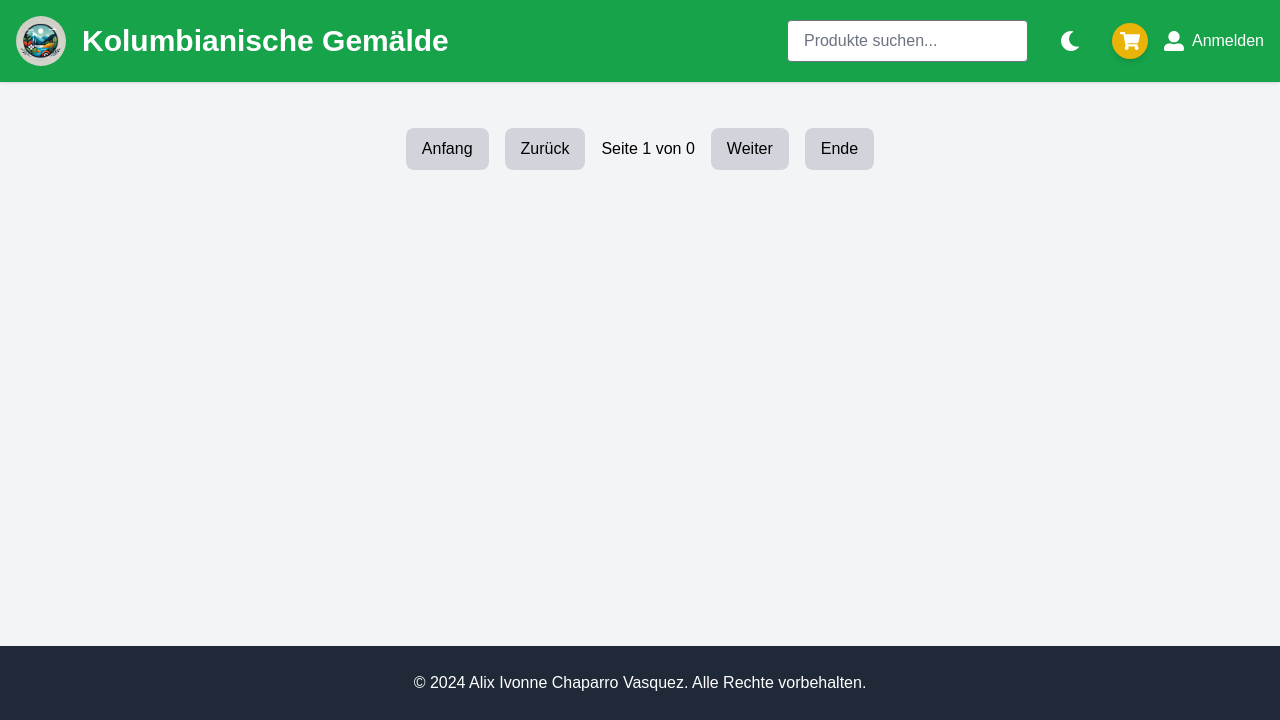
Repository: alixchaparrov/bilder-shop
Page: /
The author's editor kept a copy of each file at every save. The page is drawn from the files as they stood at one save, then again after the next save.
The browser window is 1280 px wide. The pictures show the whole page.
The page's requests for data from a server got no answer. The project was rebuilt for these pictures with package versions that can differ from the ones it lists, and the page was loaded fresh each time. The framework's server and built-in components were replaced by stand-ins that run in the browser. No one was signed in, and anything a server would have sent is missing. Also part of the build but not shown: next.config.ts, src/app/components/ProductCard.tsx.

Above is the page before, as saved 2024-12-27 19:08:44.

### src/app/layout.tsx
"use client";

import "./globals.css";
import { Geist, Geist_Mono } from "next/font/google";

const geistSans = Geist({
  variable: "--font-geist-sans",
  subsets: ["latin"],
});

const geistMono = Geist_Mono({
  variable: "--font-geist-mono",
  subsets: ["latin"],
});

export default function RootLayout({
  children,
}: {
  children: React.ReactNode;
}) {
  return (
    <html lang="de">
      <head>
        <title>Kolumbianische Gemälde</title>
        <meta
          name="description"
          content="Galerie von kolumbianischen Landschaftsgemälden. Entdecken Sie die Schönheit Kolumbiens durch unsere einzigartigen Kunstwerke."
        />
        <meta
          name="keywords"
          content="Kolumbianische Kunst, Landschaftsgemälde, Gemälde kaufen"
        />
        <link rel="icon" href="/favicon.ico" />
      </head>
      <body className={`${geistSans.variable} ${geistMono.variable} antialiased`}>
        {children}
      </body>
    </html>
  );
}

### src/app/page.tsx
"use client";

import { useState, useEffect } from "react";
import client from "@/lib/sanity";
import ProductCard from "@/app/components/ProductCard";
import Image from "next/image";
import { useCartStore } from "@/store/cartStore";
import { FaMinus, FaPlus, FaTrash, FaShoppingCart, FaMoon, FaSun, FaUserAlt, FaGoogle } from "react-icons/fa";
import { signInWithPopup, GoogleAuthProvider } from "firebase/auth";
import { auth } from "@/lib/firebaseConfig"; // Asegúrate de que auth esté exportado de firebaseConfig
import AuthComponent from "@/app/components/AuthComponent"; // Asegúrate de que el componente AuthComponent esté correctamente importado

export default function Home() {
  const [products, setProducts] = useState([]);
  const { cart, addToCart, removeFromCart, clearCart, removeOneFromCart } =
    useCartStore();
  const [searchQuery, setSearchQuery] = useState("");
  const [darkMode, setDarkMode] = useState(false);
  const [showCart, setShowCart] = useState(false);
  const [currentPage, setCurrentPage] = useState(1);
  const itemsPerPage = 6;

  const [showModal, setShowModal] = useState(false); // Estado para el modal de autenticación

  useEffect(() => {
    const fetchProducts = async () => {
      try {
        const fetchedProducts = await client.fetch(`*[_type == "product"]`);
        setProducts(fetchedProducts);
      } catch (err) {
        console.error("Error al cargar productos:", err);
      }
    };

    fetchProducts();
  }, []);

  const filteredProducts = products.filter((product) =>
    product.name.toLowerCase().includes(searchQuery.toLowerCase())
  );

  const totalPages = Math.ceil(filteredProducts.length / itemsPerPage);
  const paginatedProducts = filteredProducts.slice(
    (currentPage - 1) * itemsPerPage,
    currentPage * itemsPerPage
  );

  const getTotalPrice = () => {
    return cart.reduce((total, item) => total + item.price * item.quantity, 0);
  };

  // Función para iniciar sesión con Google
  const handleGoogleLogin = async () => {
    const provider = new GoogleAuthProvider();
    try {
      await signInWithPopup(auth, provider);
      alert("Inicio de sesión con Google exitoso");
      setShowModal(false);  // Cierra el modal después del login
    } catch (error) {
      console.error("Error al iniciar sesión con Google", error.message);
    }
  };

  return (
    <div
      className={`min-h-screen flex flex-col ${darkMode ? "bg-gray-900 text-white" : "bg-gray-100 text-black"}`}
    >
      {/* Barra de navegación */}
      <nav className="p-4 fixed top-0 w-full shadow bg-green-600 text-white z-10">
        <div className="max-w-7xl mx-auto flex justify-between items-center">
          <div className="flex items-center space-x-4">
            <Image
              src="/images/logo.png"
              alt="Kolumbianische Gemälde Logo"
              width={50}
              height={50}
              className="rounded-full"
            />
            <h1 className="text-3xl font-bold">Kolumbianische Gemälde</h1>
          </div>
          <div className="flex items-center space-x-4">
            <input
              type="text"
              placeholder="Produkte suchen..."
              className="px-4 py-2 rounded-lg text-black"
              value={searchQuery}
              onChange={(e) => setSearchQuery(e.target.value)}
            />
            <button
              className="px-4 py-2 rounded-lg"
              onClick={() => setDarkMode(!darkMode)}
            >
              {darkMode ? <FaSun size={20} /> : <FaMoon size={20} />}
            </button>
            <button
              className="cart-button flex items-center space-x-2 text-white"
              onClick={() => setShowCart(!showCart)}
            >
              <FaShoppingCart size={20} />
              {cart.length > 0 && (
                <span className="cart-counter">
                  {cart.reduce((total, item) => total + item.quantity, 0)}
                </span>
              )}
            </button>
            {/* Botón de login */}
            <button
              className="text-white flex items-center"
              onClick={() => setShowModal(true)}  // Abre el modal
            >
              <FaUserAlt size={20} className="mr-2" /> Anmelden
            </button>
          </div>
        </div>
      </nav>

      {/* Modal de autenticación */}
      {showModal && (
        <div
          className="fixed inset-0 bg-gray-500 bg-opacity-75 flex justify-center items-center z-50"
          onClick={() => setShowModal(false)} // Cierra el modal cuando se hace clic fuera de él
        >
          <div
            className="bg-white p-8 rounded-xl shadow-xl max-w-sm w-full"
            onClick={(e) => e.stopPropagation()} // Previene que el modal se cierre al hacer clic dentro
          >
            <button
              className="absolute top-2 right-2 text-gray-700"
              onClick={() => setShowModal(false)} // Cierra el modal al hacer clic en la "X"
            >
              X
            </button>
            <h2 className="text-2xl font-semibold text-center mb-4">Anmelden oder Registrieren</h2>

            {/* Formulario de autenticación */}
            <AuthComponent />

            {/* Botón de Google */}
            <div className="mt-6 flex justify-center">
              <button
                onClick={handleGoogleLogin}
                className="w-full bg-blue-500 text-white py-3 rounded-lg flex items-center justify-center space-x-2 hover:bg-blue-600 transition duration-300"
              >
                <FaGoogle size={20} />
                <span>Anmelden mit Google</span>
              </button>
            </div>
          </div>
        </div>
      )}

      {/* Contenido principal */}
      <main className="flex-grow pt-24 p-4 sm:p-8 max-w-7xl mx-auto">
        <h2 className="text-2xl sm:text-3xl lg:text-4xl font-semibold text-center mb-6">
          Unsere Gemälde
        </h2>
        <div className="grid grid-cols-1 sm:grid-cols-2 lg:grid-cols-3 gap-6">
          {paginatedProducts.map((product) => (
            <ProductCard key={product._id} product={product} />
          ))}
        </div>

        {/* Paginación */}
        <div className="flex justify-center items-center mt-8 space-x-4">
          <button
            className="bg-gray-300 px-4 py-2 rounded-lg"
            disabled={currentPage === 1}
            onClick={() => setCurrentPage(1)}
          >
            Anfang
          </button>
          <button
            className="bg-gray-300 px-4 py-2 rounded-lg"
            disabled={currentPage === 1}
            onClick={() => setCurrentPage(currentPage - 1)}
          >
            Zurück
          </button>
          <span>
            Seite {currentPage} von {totalPages}
          </span>
          <button
            className="bg-gray-300 px-4 py-2 rounded-lg"
            disabled={currentPage === totalPages}
            onClick={() => setCurrentPage(currentPage + 1)}
          >
            Weiter
          </button>
          <button
            className="bg-gray-300 px-4 py-2 rounded-lg"
            disabled={currentPage === totalPages}
            onClick={() => setCurrentPage(totalPages)}
          >
            Ende
          </button>
        </div>
      </main>

      {/* Modal del carrito */}
      {showCart && (
        <div className="modal-overlay" onClick={() => setShowCart(false)}>
          <div className="modal-content" onClick={(e) => e.stopPropagation()}>
            <h2 className="modal-header">Warenkorb</h2>
            {cart.length > 0 ? (
              <>
                <ul>
                  {cart.map((item) => (
                    <li key={item._id} className="flex justify-between items-center">
                      <span>
                        {item.name} (x{item.quantity}) - {item.price * item.quantity} €
                      </span>
                      <div className="flex items-center space-x-2">
                        <button
                          onClick={() => removeOneFromCart(item._id)}
                          className="text-yellow-500 hover:text-yellow-700"
                        >
                          <FaMinus />
                        </button>
                        <button
                          onClick={() => addToCart(item)}
                          className="text-green-500 hover:text-green-700"
                        >
                          <FaPlus />
                        </button>
                        <button
                          onClick={() => removeFromCart(item._id)}
                          className="text-red-500 hover:text-red-700"
                        >
                          <FaTrash />
                        </button>
                      </div>
                    </li>
                  ))}
                </ul>
                <div className="mt-4 flex justify-between">
                  <button
                    onClick={() => clearCart()}
                    className="bg-red-500 text-white px-4 py-2 rounded hover:bg-red-600"
                  >
                    Warenkorb leeren
                  </button>
                  <span className="font-bold text-lg">
                    Gesamtpreis: {getTotalPrice()} €
                  </span>
                </div>
              </>
            ) : (
              <p>Ihr Warenkorb ist leer</p>
            )}
            <button className="modal-close" onClick={() => setShowCart(false)}>
              Schließen
            </button>
          </div>
        </div>
      )}

      {/* Footer */}
      <footer className="bg-gray-800 text-white p-6 text-center">
        <p>
          © {new Date().getFullYear()} Alix Ivonne Chaparro Vasquez. Alle Rechte vorbehalten.
        </p>
      </footer>
    </div>
  );
}

### src/lib/sanity.ts
import { createClient } from "@sanity/client";
import imageUrlBuilder from "@sanity/image-url";

const client = createClient({
  projectId: "mo3mvugi", // Reemplaza con tu Project ID
  dataset: "production",
  apiVersion: "2023-01-01",
  useCdn: true,
});

const builder = imageUrlBuilder(client);

export const urlFor = (source) => builder.image(source);

export default client;

### src/store/cartStore.ts
import { create } from "zustand";

export const useCartStore = create((set) => ({
  cart: [],
  addToCart: (product) =>
    set((state) => {
      const existingProduct = state.cart.find(
        (item) => item._id === product._id
      );
      const updatedCart = existingProduct
        ? state.cart.map((item) =>
            item._id === product._id
              ? { ...item, quantity: item.quantity + 1 }
              : item
          )
        : [...state.cart, { ...product, quantity: 1 }];
      return { cart: updatedCart };
    }),
  removeFromCart: (productId) =>
    set((state) => ({
      cart: state.cart.filter((item) => item._id !== productId),
    })),
    removeOneFromCart: (productId) =>
      set((state) => {
        console.log("Antes de eliminar uno:", state.cart);
        const updatedCart = state.cart
          .map((item) =>
            item._id === productId && item.quantity > 1
              ? { ...item, quantity: item.quantity - 1 }
              : item
          )
          .filter((item) => item.quantity > 0);
        console.log("Después de eliminar uno:", updatedCart);
        return { cart: updatedCart };
      }),



  clearCart: () => set({ cart: [] }), // Función para vaciar el carrito
  getTotalPrice: () => {
    const totalPrice = (get().cart || []).reduce(
      (total, item) => total + item.price * item.quantity,
      0
    );
    return totalPrice;
  },
}));

### src/lib/firebaseConfig.ts
// Import the functions you need from the SDKs you need
import { initializeApp } from "firebase/app";
import { getAuth } from "firebase/auth";
// TODO: Add SDKs for Firebase products that you want to use
// https://firebase.google.com/docs/web/setup#available-libraries

// Your web app's Firebase configuration
const firebaseConfig = {
  apiKey: "AIzaSyBjLQpieiT0z4U_M7pGN99y-vyqU0DEOds",
  authDomain: "kolumbianischegemmaelde.firebaseapp.com",
  projectId: "kolumbianischegemmaelde",
  storageBucket: "kolumbianischegemmaelde.firebasestorage.app",
  messagingSenderId: "469106886611",
  appId: "1:469106886611:web:90c2a31a8bad993ab3d126"
};

// Inicializar la app de Firebase
const app = initializeApp(firebaseConfig);

// Inicializar la autenticación
const auth = getAuth(app);

export { auth };  // Exportar auth para su uso en otros archivos

### tailwind.config.ts
import type { Config } from "tailwindcss";

import forms from "@tailwindcss/forms";

export default {
  content: [
    "./src/**/*.{js,ts,jsx,tsx}",
    "./src/pages/**/*.{js,ts,jsx,tsx}",
    "./src/components/**/*.{js,ts,jsx,tsx}",
    "./src/app/**/*.{js,ts,jsx,tsx}",
  ],
  theme: {
    extend: {
      colors: {
        primary: "#00704A", // Verde oscuro para un estilo tropical
        secondary: "#FFB400", // Amarillo vibrante para resaltar
        accent: "#D62828", // Rojo cálido para botones o acentos
        background: "#F3F4F6", // Fondo neutro claro
        card: "#FFFFFF", // Fondo blanco para tarjetas
        textDark: "#1B1B1B", // Texto oscuro
        textLight: "#FAFAFA", // Texto claro
      },
      fontFamily: {
        sans: ["Poppins", "sans-serif"], // Elegante y moderna
        serif: ["Merriweather", "serif"], // Clásica para títulos
      },
      boxShadow: {
        card: "0 4px 6px rgba(0, 0, 0, 0.1)", // Sombra suave para tarjetas
      },
    },
  },
  darkMode: "class", // Activa el soporte para modo oscuro
  plugins: [require("@tailwindcss/forms")], // Usa el plugin importado
} satisfies Config;

Loaded but not shown: src/app/globals.css (178 lines, source omitted); src/app/components/AuthComponent.tsx (104 lines, source omitted)

After the next save:
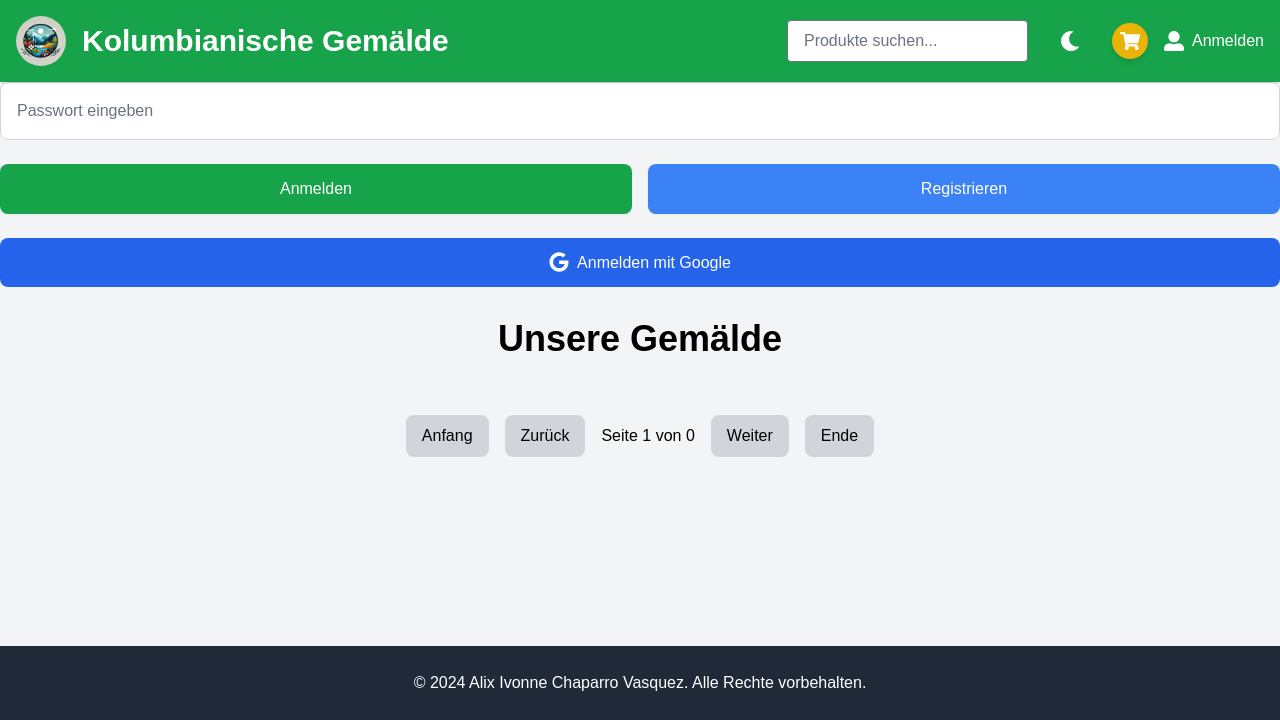
Saved 71 s later.
--- a/src/app/page.tsx
+++ b/src/app/page.tsx
@@ -5,10 +5,8 @@
 import ProductCard from "@/app/components/ProductCard";
 import Image from "next/image";
 import { useCartStore } from "@/store/cartStore";
-import { FaMinus, FaPlus, FaTrash, FaShoppingCart, FaMoon, FaSun, FaUserAlt, FaGoogle } from "react-icons/fa";
-import { signInWithPopup, GoogleAuthProvider } from "firebase/auth";
-import { auth } from "@/lib/firebaseConfig"; // Asegúrate de que auth esté exportado de firebaseConfig
-import AuthComponent from "@/app/components/AuthComponent"; // Asegúrate de que el componente AuthComponent esté correctamente importado
+import { FaMinus, FaPlus, FaTrash, FaShoppingCart, FaMoon, FaSun, FaUserAlt } from "react-icons/fa";
+import AuthComponent from "@/app/components/AuthComponent"; // Importación del componente de autenticación
 
 export default function Home() {
   const [products, setProducts] = useState([]);
@@ -49,22 +47,13 @@
     return cart.reduce((total, item) => total + item.price * item.quantity, 0);
   };
 
-  // Función para iniciar sesión con Google
-  const handleGoogleLogin = async () => {
-    const provider = new GoogleAuthProvider();
-    try {
-      await signInWithPopup(auth, provider);
-      alert("Inicio de sesión con Google exitoso");
-      setShowModal(false);  // Cierra el modal después del login
-    } catch (error) {
-      console.error("Error al iniciar sesión con Google", error.message);
-    }
-  };
-
   return (
     <div
       className={`min-h-screen flex flex-col ${darkMode ? "bg-gray-900 text-white" : "bg-gray-100 text-black"}`}
     >
+      {/* Mostrar AuthComponent si no hay usuario autenticado */}
+      <AuthComponent /> {/* Aquí se agrega el componente de autenticación */}
+
       {/* Barra de navegación */}
       <nav className="p-4 fixed top-0 w-full shadow bg-green-600 text-white z-10">
         <div className="max-w-7xl mx-auto flex justify-between items-center">
@@ -113,41 +102,6 @@
           </div>
         </div>
       </nav>
-
-      {/* Modal de autenticación */}
-      {showModal && (
-        <div
-          className="fixed inset-0 bg-gray-500 bg-opacity-75 flex justify-center items-center z-50"
-          onClick={() => setShowModal(false)} // Cierra el modal cuando se hace clic fuera de él
-        >
-          <div
-            className="bg-white p-8 rounded-xl shadow-xl max-w-sm w-full"
-            onClick={(e) => e.stopPropagation()} // Previene que el modal se cierre al hacer clic dentro
-          >
-            <button
-              className="absolute top-2 right-2 text-gray-700"
-              onClick={() => setShowModal(false)} // Cierra el modal al hacer clic en la "X"
-            >
-              X
-            </button>
-            <h2 className="text-2xl font-semibold text-center mb-4">Anmelden oder Registrieren</h2>
-
-            {/* Formulario de autenticación */}
-            <AuthComponent />
-
-            {/* Botón de Google */}
-            <div className="mt-6 flex justify-center">
-              <button
-                onClick={handleGoogleLogin}
-                className="w-full bg-blue-500 text-white py-3 rounded-lg flex items-center justify-center space-x-2 hover:bg-blue-600 transition duration-300"
-              >
-                <FaGoogle size={20} />
-                <span>Anmelden mit Google</span>
-              </button>
-            </div>
-          </div>
-        </div>
-      )}
 
       {/* Contenido principal */}
       <main className="flex-grow pt-24 p-4 sm:p-8 max-w-7xl mx-auto">

After the 2 saves that followed:
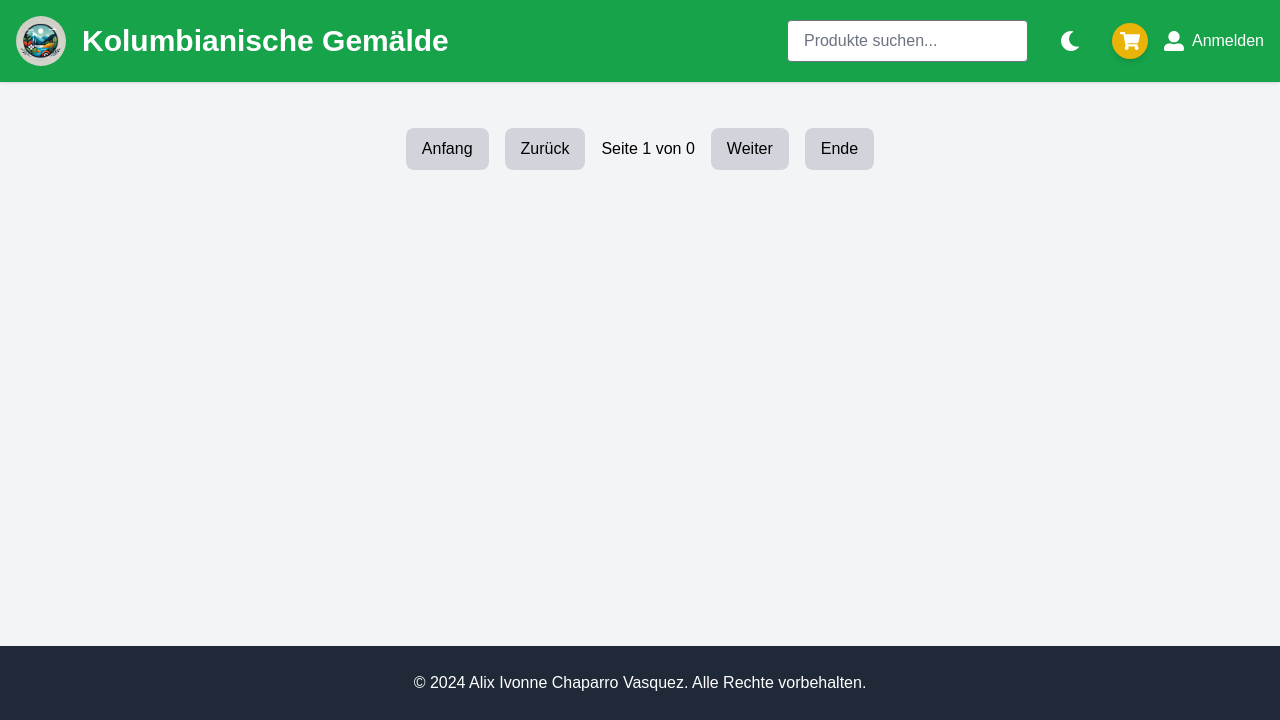
The 2 saves are shown as one change because 1 left the picture as it was.
The last was saved 5 min 3 s later.
--- a/src/app/page.tsx
+++ b/src/app/page.tsx
@@ -18,7 +18,7 @@
   const [currentPage, setCurrentPage] = useState(1);
   const itemsPerPage = 6;
 
-  const [showModal, setShowModal] = useState(false); // Estado para el modal de autenticación
+  const [showModal, setShowModal] = useState(false); // Estado para controlar la visibilidad del modal
 
   useEffect(() => {
     const fetchProducts = async () => {
@@ -51,9 +51,6 @@
     <div
       className={`min-h-screen flex flex-col ${darkMode ? "bg-gray-900 text-white" : "bg-gray-100 text-black"}`}
     >
-      {/* Mostrar AuthComponent si no hay usuario autenticado */}
-      <AuthComponent /> {/* Aquí se agrega el componente de autenticación */}
-
       {/* Barra de navegación */}
       <nav className="p-4 fixed top-0 w-full shadow bg-green-600 text-white z-10">
         <div className="max-w-7xl mx-auto flex justify-between items-center">
@@ -102,6 +99,28 @@
           </div>
         </div>
       </nav>
+
+      {/* Modal de autenticación */}
+      {showModal && (
+        <div
+          className="fixed inset-0 bg-black bg-opacity-50 flex justify-center items-center z-50"
+          onClick={() => setShowModal(false)} // Cierra el modal cuando se hace clic fuera de él
+        >
+          <div
+            className="bg-white dark:bg-gray-800 p-8 rounded-lg shadow-lg max-w-md w-full"
+            onClick={(e) => e.stopPropagation()} // Previene el cierre cuando se hace clic dentro
+          >
+            <button
+              className="absolute top-2 right-2 text-gray-700"
+              onClick={() => setShowModal(false)}  // Cierra el modal
+            >
+              X
+            </button>
+            <h2 className="text-2xl font-semibold text-center mb-4">Anmelden oder Registrieren</h2>
+            <AuthComponent /> {/* Aquí va el formulario de autenticación */}
+          </div>
+        </div>
+      )}
 
       {/* Contenido principal */}
       <main className="flex-grow pt-24 p-4 sm:p-8 max-w-7xl mx-auto">
